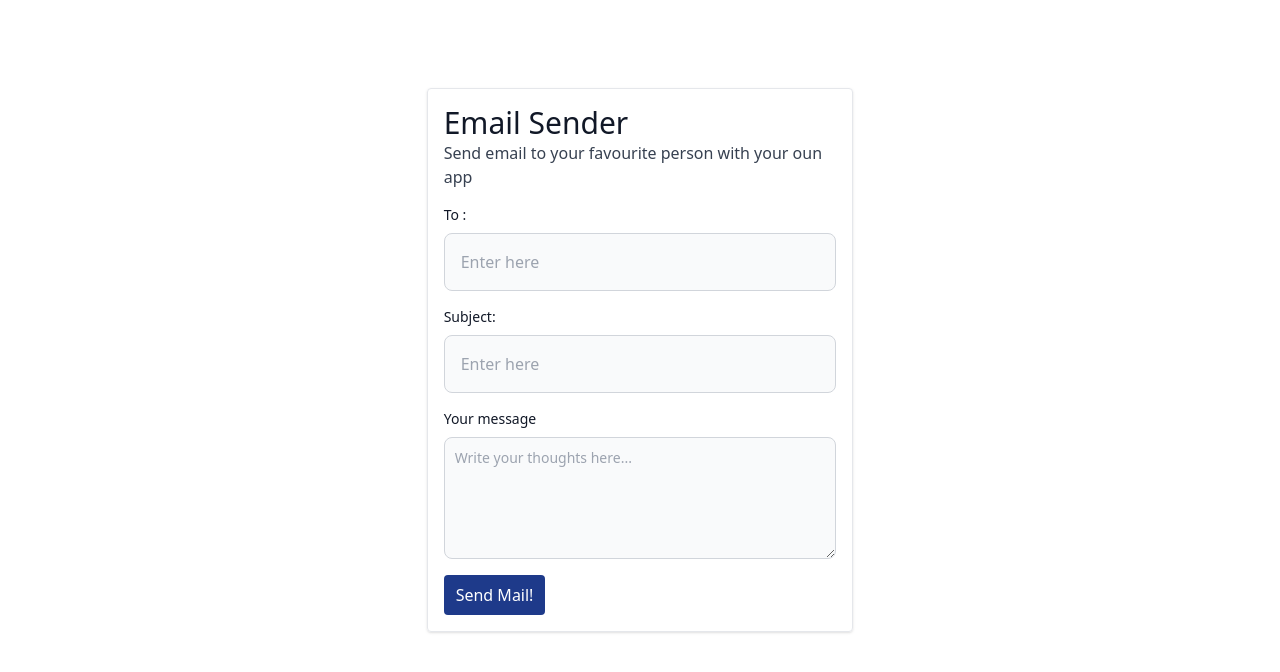
Repository: vikas-1234/EmailReactProject
Page: / (app in email-sender/)
An editor plug-in stored every save of this project. The page is shown before and after the next save, followed by the edit.
The browser window is 1280 px wide. The pictures show the whole page.
The project was rebuilt for these pictures with package versions that can differ from the ones it lists, and the page was loaded fresh each time. Also part of the build but not shown: email-sender/vite.config.js, email-sender/src/App.css.

Above is the page before, as saved 2024-04-20 15:07:53.

After the next save:
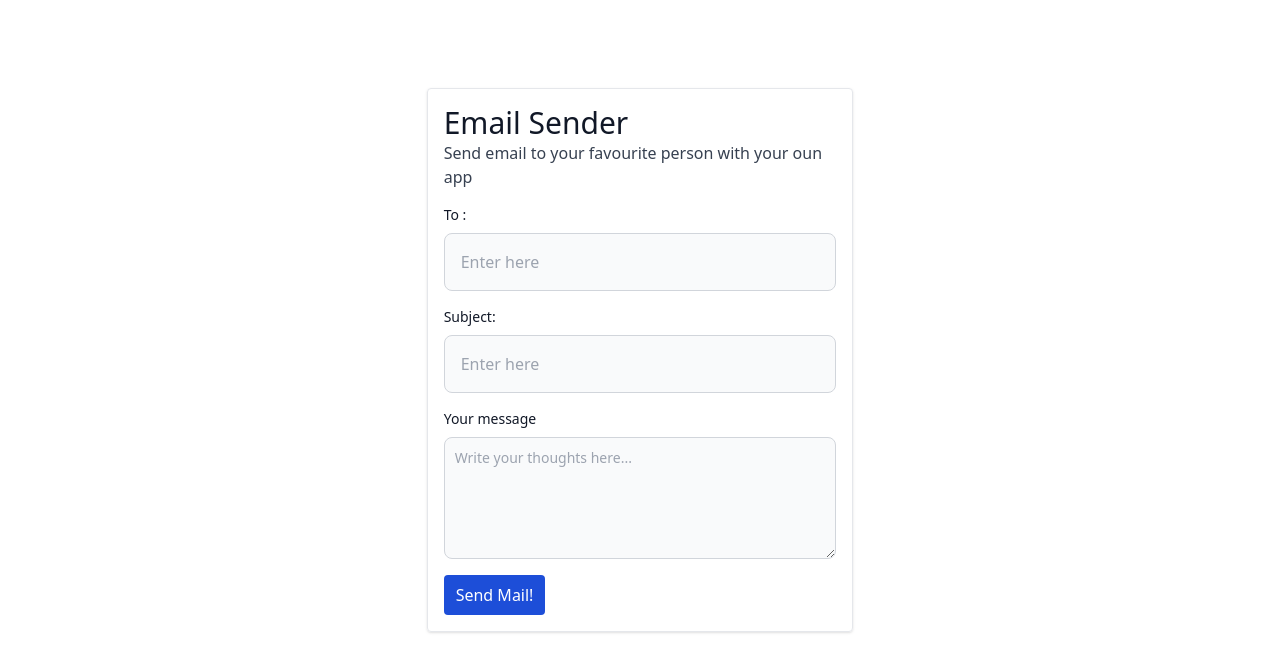
Saved 63 s later.
--- a/email-sender/src/components/EmailSender.jsx
+++ b/email-sender/src/components/EmailSender.jsx
@@ -37,7 +37,7 @@ function EmailSender() {
 </div>
 
 <div className="button_container mt-4">
-<button className="bg-blue-900 text-white hover:bg-blue-700 px-3 py-2 rounded">Send Mail!</button>
+<button className="hover:bg-blue-900 text-white bg-blue-700 px-3 py-2 rounded">Send Mail!</button>
 
 </div>
 
